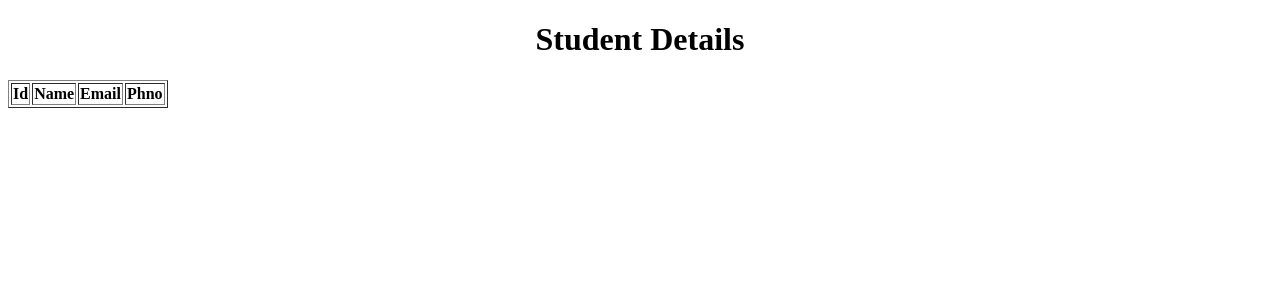
Repository: Chintan-elite/Java_Shail
Page: Learning_web/src/main/webapp/Table.html
These files come from the project's save history. The page is drawn as it stood at one moment and after the next save; the edit follows.
The browser window is 1280 px wide. The pictures show the whole page.

Above is the page before, as saved 2023-09-08 12:26:07.

### Learning_web/src/main/webapp/Table.html
<!DOCTYPE html>
<html>
<head>
<meta charset="ISO-8859-1">
<title>Insert title here</title>
</head>
<body>
		<h1 align="center">Student Details</h1>

		<table border="1">
		<tr>
		<th>Id</th>
		<th>Name</th>
		<th>Email</th>
		<th>Phno</th>
		</tr>


		</table>




</body>
</html>

After the next save:
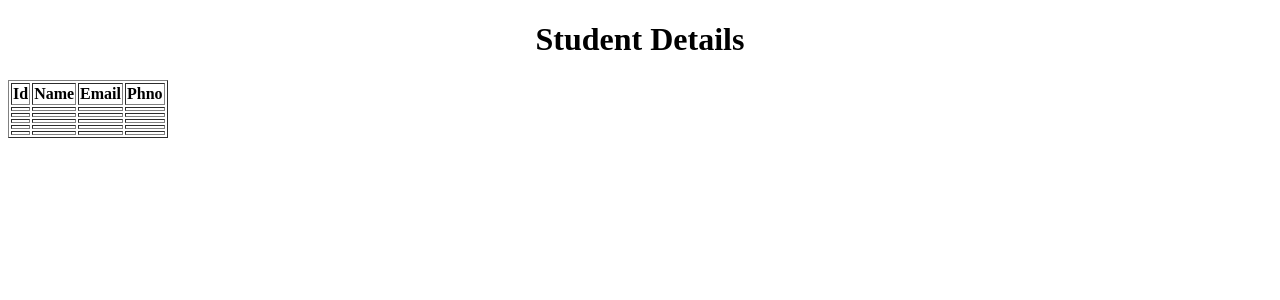
Saved 39 s later.
--- a/Learning_web/src/main/webapp/Table.html
+++ b/Learning_web/src/main/webapp/Table.html
@@ -9,10 +9,45 @@
 
 		<table border="1">
 		<tr>
-		<th>Id</th>
-		<th>Name</th>
-		<th>Email</th>
-		<th>Phno</th>
+			<th>Id</th>
+			<th>Name</th>
+			<th>Email</th>
+			<th>Phno</th>
+		</tr>
+
+		<tr>
+			<td></td>
+			<td></td>
+			<td></td>
+			<td></td>
+		</tr>
+
+		<tr>
+			<td></td>
+			<td></td>
+			<td></td>
+			<td></td>
+		</tr>
+
+		<tr>
+			<td></td>
+			<td></td>
+			<td></td>
+			<td></td>
+		</tr>
+
+		<tr>
+			<td></td>
+			<td></td>
+			<td></td>
+			<td></td>
+		</tr>
+
+		<tr>
+			<td></td>
+			<td></td>
+			<td></td>
+			<td></td>
 		</tr>
 
 
